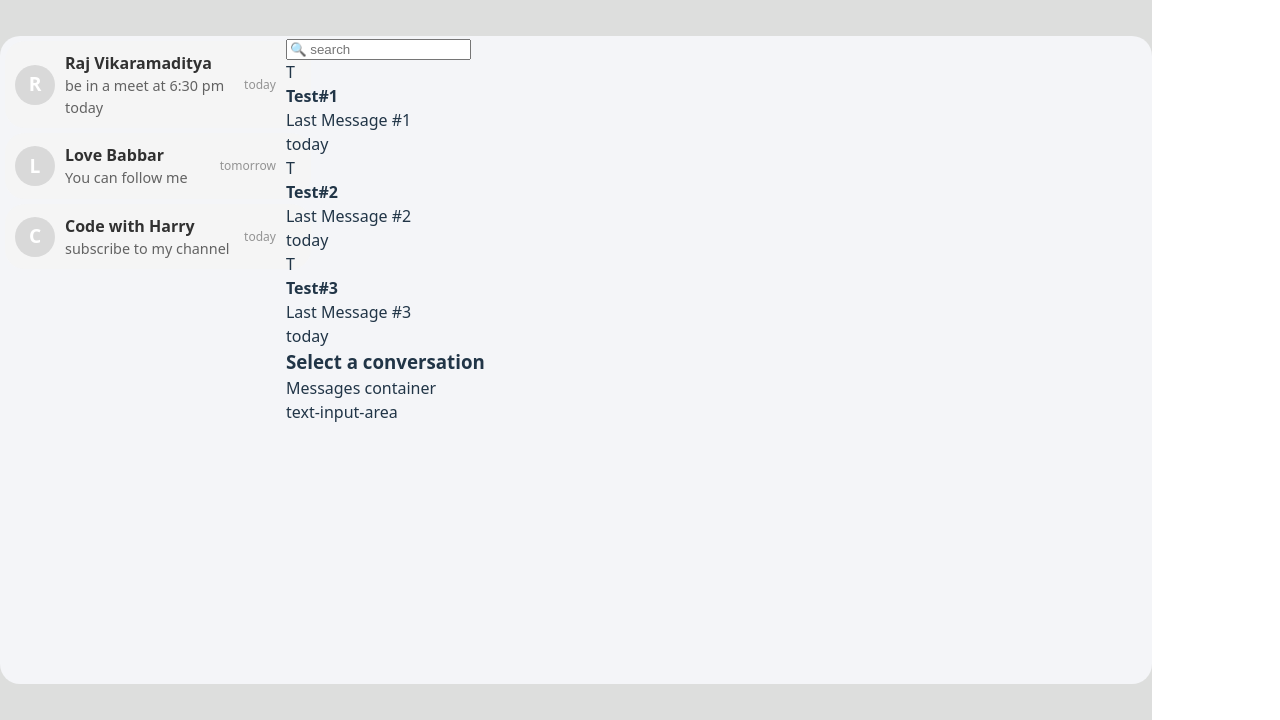
Repository: rahul-chakradhari/chat_app
Page: /
An editor plug-in stored every save of this project. The page is shown before and after the next save, followed by the edit.
The browser window is 1280 px wide. The pictures show the whole page.
The project was rebuilt for these pictures with package versions that can differ from the ones it lists, and the page was loaded fresh each time. Also part of the build but not shown: vite.config.js.

Above is the page before, as saved 2025-02-28 12:34:03.

### index.html
<!DOCTYPE html>
<html lang="en">
  <head>
    <meta charset="UTF-8" />
    <link rel="icon" href="./live-chat.png" />

    <meta name="viewport" content="width=device-width, initial-scale=1.0" />
    <title>Vite + React</title>
  </head>
  <body>
    <div id="root"></div>
    <script type="module" src="/src/main.jsx"></script>
  </body>
</html>

### src/App.jsx
import "./App.css";
import Maincontainer from "./components/Maincontainer";

function App() {
  return (
    <div className="App">
      <Maincontainer />
    </div>
  );
}

export default App;

### src/App.css
* {
  margin: 0;
}
.App {
  background-color: #dddedd;
  min-height: 100vh;
  display: flex;
  justify-content: center;
  align-items: center;
}

### src/components/Maincontainer.jsx
import "./Mystyles.css";
import Sidebar from "./Sidebar";
import Chatarea from "./Chatarea";

const Maincontainer = () => {
  return (
    <div className="main">
      <Sidebar />
      <Chatarea />
    </div>
  );
};

export default Maincontainer;

### src/components/Mystyles.css
.main {
  background-color: #f4f5f8;
  height: 90vh;
  width: 90vw;
  display: flex;
  border-radius: 20px;
}
.side {
  flex: 0.3;
  display: flex;
  flex-direction: column;
}
.chat {
  background-color: aliceblue;
  flex: 0.7;
}
.headers {
  background-color: white;
  border-radius: 20px;
  padding: 10px 5px;
  margin: 10px;
  display: flex;
  justify-content: space-between;
}
.search {
  background-color: white;
  border-radius: 20px;
  padding: 10px 10px;
  margin: 10px;
  display: flex;
  align-items: center;
}
.box {
  outline-width: 0;
  border: none;
  font-size: 1.25rem;
  margin-left: 10px;
}
.conver {
  background-color: white;
  border-radius: 20px;
  padding: 10px 5px;
  margin: 10px;
  flex: 1;
}
.conversationitem {
  display: flex;
  align-items: center; /* Items ko vertical center align karega */
  gap: 10px; /* Icon aur text ke beech gap */
  padding: 10px;
  margin: 5px;
  border-radius: 20px;
  background-color: #f5f5f5; /* Light background */
  width: 100%;
}

.icon {
  display: flex;
  justify-content: center;
  align-items: center;
  background-color: #d9d9d9;
  font-size: 1.2rem;
  font-weight: bold;
  color: white;
  height: 40px;
  width: 40px;
  border-radius: 50%;
  flex-shrink: 0; /* Icon ka size maintain rahega */
}

.conversation-text {
  display: flex;
  flex-direction: column;
  flex-grow: 1; /* Ye ensure karega ki text area full width le */
}

.title {
  font-weight: bold;
  font-size: 1rem;
  color: rgba(0, 0, 0, 0.8);
}

.message {
  font-size: 0.9rem;
  color: rgba(0, 0, 0, 0.6);
}

.time {
  margin-right: 25px;
  font-size: 0.75rem;
  color: rgba(0, 0, 0, 0.4);
  flex-shrink: 0; /* Time ka size fix rahe */
}
.chat {
  display: flex;
  flex-direction: column;
  flex: 0.7;
}
.chattingwith {
  background-color: green;
}
.mess {
  background-color: aquamarine;
  flex-grow: 1;
}
.inputbox {
  background-color: green;
}
.trash {
  color: black;
}

### src/components/Sidebar.jsx
import { useState } from "react";
import Conversationitem from "./Conversationitem";
import "./Mystyles.css";

const Sidebar = ({ setSelectedChat }) => {
  const [conversations, setConversations] = useState([
    {
      id: 1,
      name: "Raj Vikaramaditya",
      lastMessage: "be in a meet at 6:30 pm today",
      timeStamp: "today",
    },
    {
      id: 2,
      name: "Love Babbar",
      lastMessage: "You can follow me ",
      timeStamp: "tomorrow",
    },
    {
      id: 3,
      name: "Code with Harry",
      lastMessage: "subscribe to my channel",
      timeStamp: "today",
    },
  ]);

  return (
    <div className="side">
      <div className="conversation">
        {conversations.map((conversation) => (
          <div
            key={conversation.id}
            onClick={() => setSelectedChat(conversation)}
          >
            <Conversationitem {...conversation} />
          </div>
        ))}
      </div>
    </div>
  );
};

export default Sidebar;

### src/components/Chatarea.jsx
import { useState } from "react";
import "./Mystyles.css";

const Sidebar = ({ setSelectedChat }) => {
  const [conversations] = useState([
    {
      id: 1,
      name: "Test#1",
      lastMessage: "Last Message #1",
      timeStamp: "today",
    },
    {
      id: 2,
      name: "Test#2",
      lastMessage: "Last Message #2",
      timeStamp: "today",
    },
    {
      id: 3,
      name: "Test#3",
      lastMessage: "Last Message #3",
      timeStamp: "today",
    },
  ]);

  return (
    <div className="sidebar">
      <input type="text" placeholder="🔍 search" className="search-bar" />
      <div className="conversations">
        {conversations.map((chat) => (
          <div
            key={chat.id}
            className="conversation-item"
            onClick={() => setSelectedChat(chat)}
          >
            <div className="avatar">T</div>
            <div className="chat-details">
              <h4>{chat.name}</h4>
              <p>{chat.lastMessage}</p>
            </div>
            <span className="timestamp">{chat.timeStamp}</span>
          </div>
        ))}
      </div>
    </div>
  );
};

const ChatHeader = ({ selectedChat }) => {
  return (
    <div className="chat-header">
      {selectedChat ? (
        <>
          <div className="avatar">T</div>
          <h3>{selectedChat.name}</h3>
          <div className="icons">➕ 👥 ⚙️ 🗑️</div>
        </>
      ) : (
        <h3>Select a conversation</h3>
      )}
    </div>
  );
};

const App = () => {
  const [selectedChat, setSelectedChat] = useState(null);

  return (
    <div className="chat-container">
      <Sidebar setSelectedChat={setSelectedChat} />
      <div className="chat-area">
        <ChatHeader selectedChat={selectedChat} />
        <div className="messages-container">Messages container</div>
        <div className="input-box">text-input-area</div>
      </div>
    </div>
  );
};

export default App;

### src/components/Conversationitem.jsx
const Conversationitem = (props) => {
  return (
    <div className="conversationitem">
      <p className="icon">{props.name[0]}</p>
      <div className="conversation-text">
        <p className="title">{props.name}</p>
        <p className="message">{props.lastMessage}</p>
      </div>
      <p className="time">{props.timeStamp}</p>
    </div>
  );
};

export default Conversationitem;

Loaded but not shown: src/main.jsx (common file); src/index.css (common file)

After the next save:
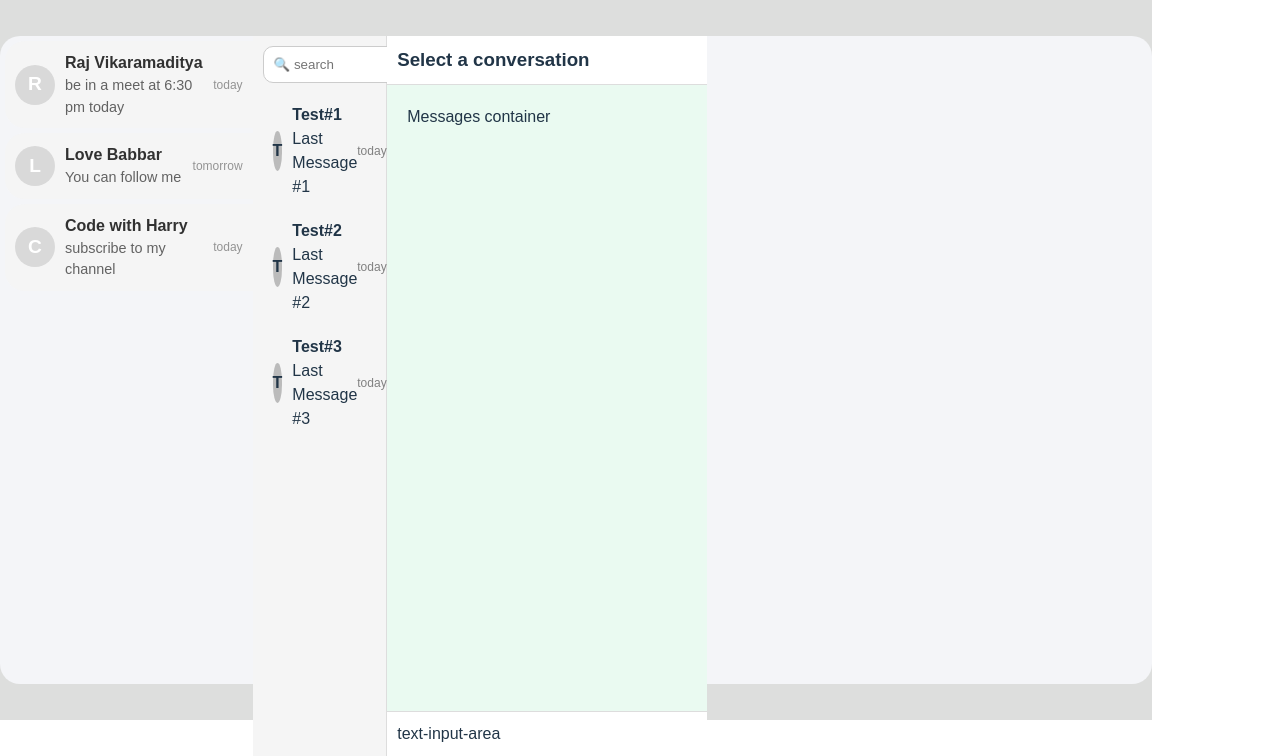
Saved 54 s later.
--- a/src/components/Mystyles.css
+++ b/src/components/Mystyles.css
@@ -109,3 +109,99 @@
 .trash {
   color: black;
 }
+body {
+  font-family: Arial, sans-serif;
+  margin: 0;
+  padding: 0;
+}
+
+.chat-container {
+  display: flex;
+  height: 100vh;
+}
+
+.sidebar {
+  width: 25%;
+  background: #f5f5f5;
+  padding: 10px;
+  border-right: 1px solid #ddd;
+}
+
+.search-bar {
+  width: 100%;
+  padding: 10px;
+  border-radius: 10px;
+  border: 1px solid #ccc;
+  outline: none;
+}
+
+.conversations {
+  margin-top: 10px;
+}
+
+.conversation-item {
+  display: flex;
+  align-items: center;
+  padding: 10px;
+  border-radius: 8px;
+  cursor: pointer;
+  transition: 0.3s;
+}
+
+.conversation-item:hover {
+  background: #ddd;
+}
+
+.avatar {
+  width: 40px;
+  height: 40px;
+  border-radius: 50%;
+  background: #bbb;
+  display: flex;
+  justify-content: center;
+  align-items: center;
+  font-weight: bold;
+  margin-right: 10px;
+}
+
+.chat-details {
+  flex-grow: 1;
+}
+
+.timestamp {
+  font-size: 12px;
+  color: gray;
+}
+
+.chat-area {
+  width: 75%;
+  display: flex;
+  flex-direction: column;
+  background: #eafaf1;
+}
+
+.chat-header {
+  display: flex;
+  align-items: center;
+  justify-content: space-between;
+  padding: 10px;
+  background: white;
+  border-bottom: 1px solid #ddd;
+}
+
+.chat-header .icons {
+  display: flex;
+  gap: 10px;
+  font-size: 18px;
+}
+
+.messages-container {
+  flex-grow: 1;
+  padding: 20px;
+}
+
+.input-box {
+  padding: 10px;
+  border-top: 1px solid #ddd;
+  background: white;
+}

After the save that followed:
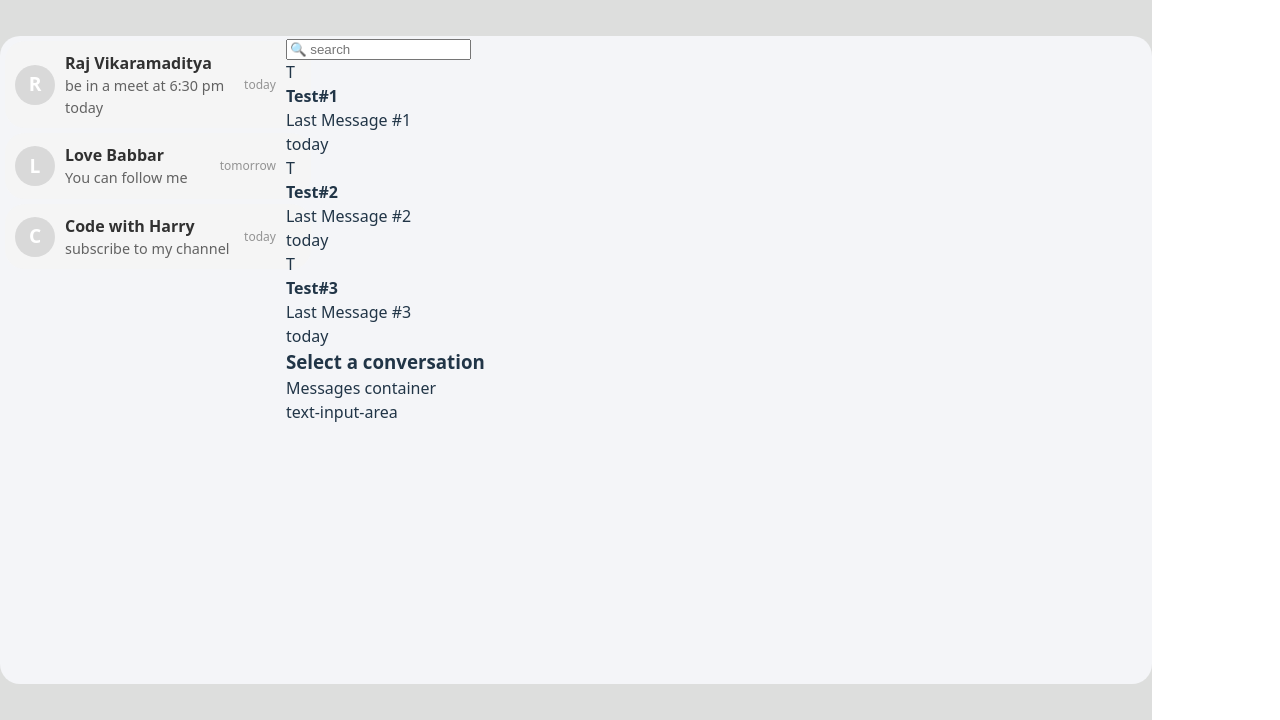
Saved 10 s later.
--- a/src/components/Mystyles.css
+++ b/src/components/Mystyles.css
@@ -109,99 +109,3 @@
 .trash {
   color: black;
 }
-body {
-  font-family: Arial, sans-serif;
-  margin: 0;
-  padding: 0;
-}
-
-.chat-container {
-  display: flex;
-  height: 100vh;
-}
-
-.sidebar {
-  width: 25%;
-  background: #f5f5f5;
-  padding: 10px;
-  border-right: 1px solid #ddd;
-}
-
-.search-bar {
-  width: 100%;
-  padding: 10px;
-  border-radius: 10px;
-  border: 1px solid #ccc;
-  outline: none;
-}
-
-.conversations {
-  margin-top: 10px;
-}
-
-.conversation-item {
-  display: flex;
-  align-items: center;
-  padding: 10px;
-  border-radius: 8px;
-  cursor: pointer;
-  transition: 0.3s;
-}
-
-.conversation-item:hover {
-  background: #ddd;
-}
-
-.avatar {
-  width: 40px;
-  height: 40px;
-  border-radius: 50%;
-  background: #bbb;
-  display: flex;
-  justify-content: center;
-  align-items: center;
-  font-weight: bold;
-  margin-right: 10px;
-}
-
-.chat-details {
-  flex-grow: 1;
-}
-
-.timestamp {
-  font-size: 12px;
-  color: gray;
-}
-
-.chat-area {
-  width: 75%;
-  display: flex;
-  flex-direction: column;
-  background: #eafaf1;
-}
-
-.chat-header {
-  display: flex;
-  align-items: center;
-  justify-content: space-between;
-  padding: 10px;
-  background: white;
-  border-bottom: 1px solid #ddd;
-}
-
-.chat-header .icons {
-  display: flex;
-  gap: 10px;
-  font-size: 18px;
-}
-
-.messages-container {
-  flex-grow: 1;
-  padding: 20px;
-}
-
-.input-box {
-  padding: 10px;
-  border-top: 1px solid #ddd;
-  background: white;
-}
